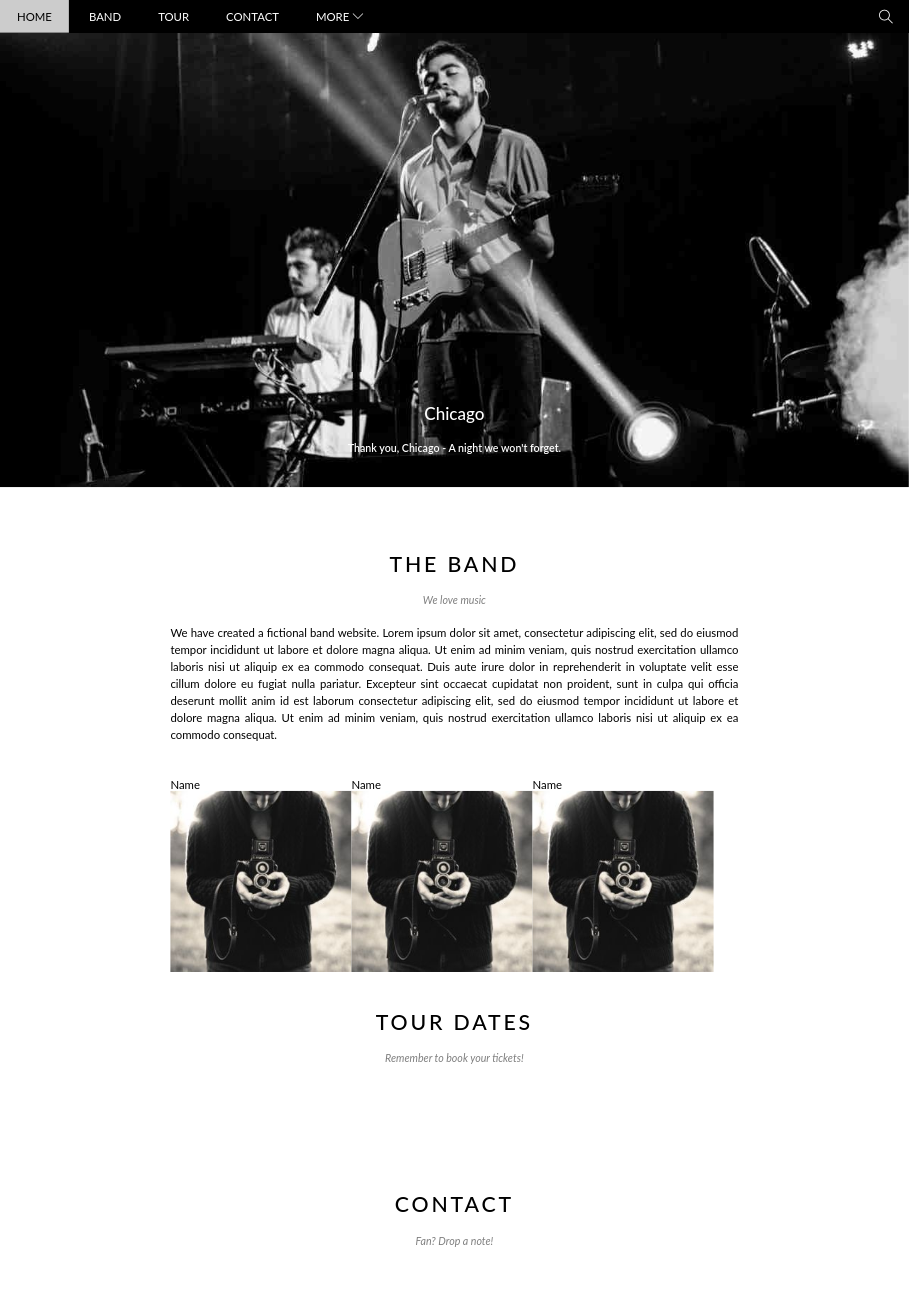
Repository: tatvanhco/web-dau-tay
Page: index.html
These files come from the project's save history. The page is drawn as it stood at one moment and after the next save; the edit follows.
The browser window is 1280 px wide. The pictures show the whole page, at 71% of full size.

Above is the page before, as saved 2022-01-23 19:09:07.

After the next save:
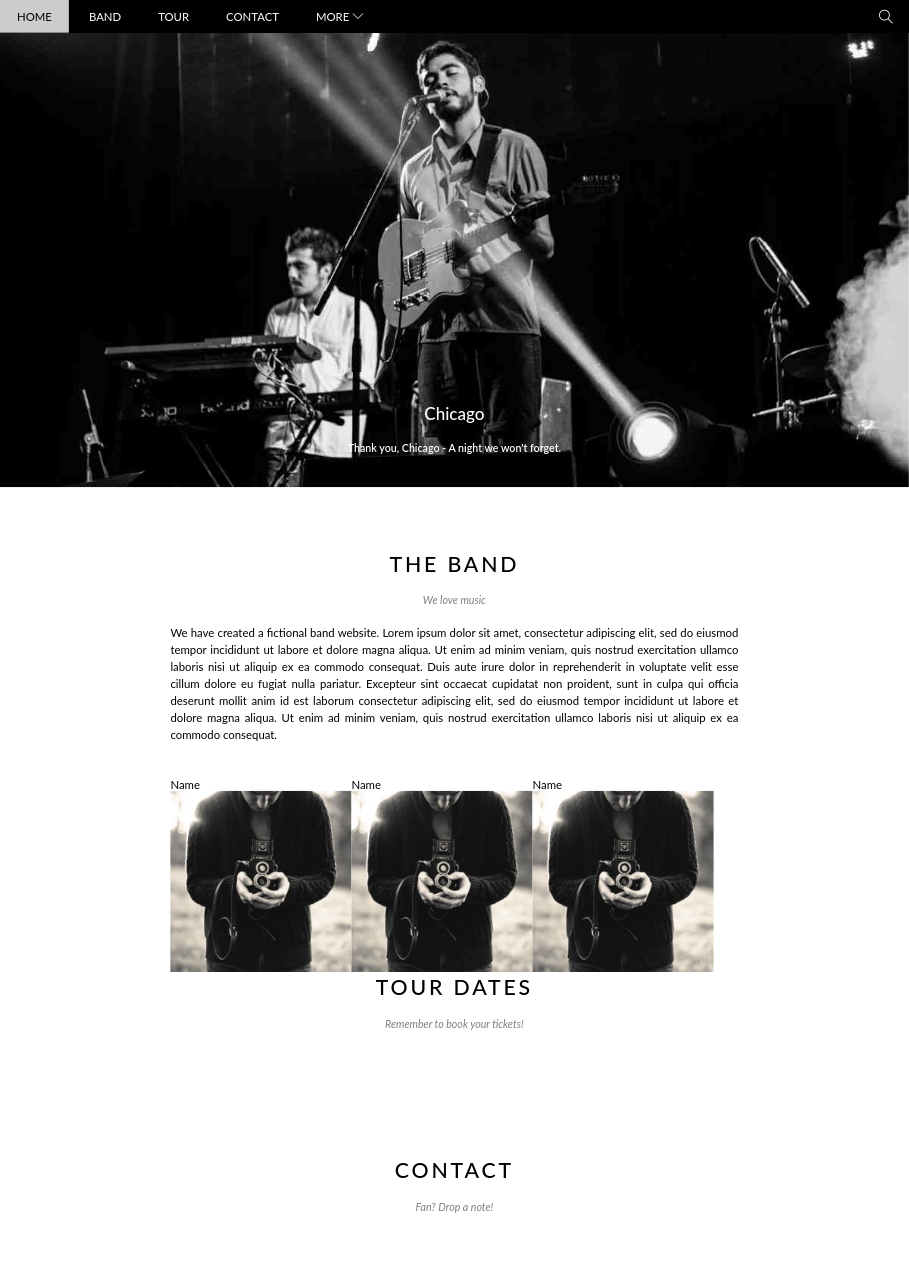
Saved 31 s later.
--- a/assets/css/style.css
+++ b/assets/css/style.css
@@ -151,5 +151,5 @@ body {
 
 #content .team-list {
     float: left;
-    padding: 48px 0;
+    margin-top: 48px;
 }
